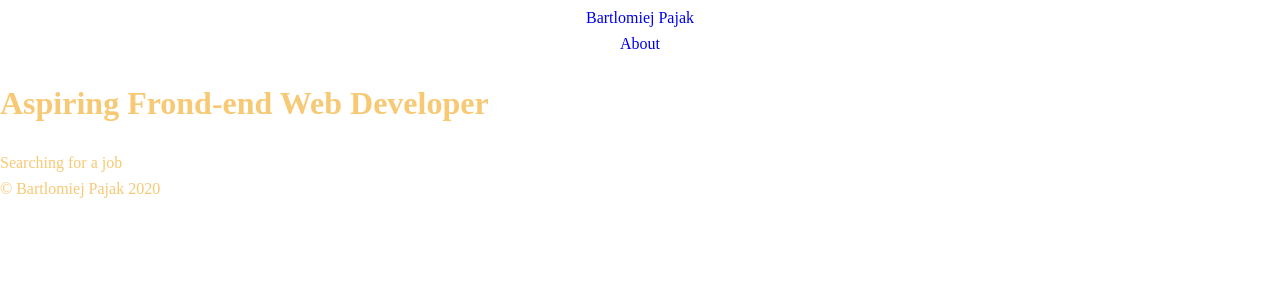
Repository: spidero7/personal-site
Page: index.html
These files come from the project's save history. The page is drawn as it stood at one moment and after the next save; the edit follows.
The browser window is 1280 px wide. The pictures show the whole page.
Some web fonts or font styles are not loaded; a fallback is used.

Above is the page before, as saved 2020-04-15 22:08:25.

After the next save:
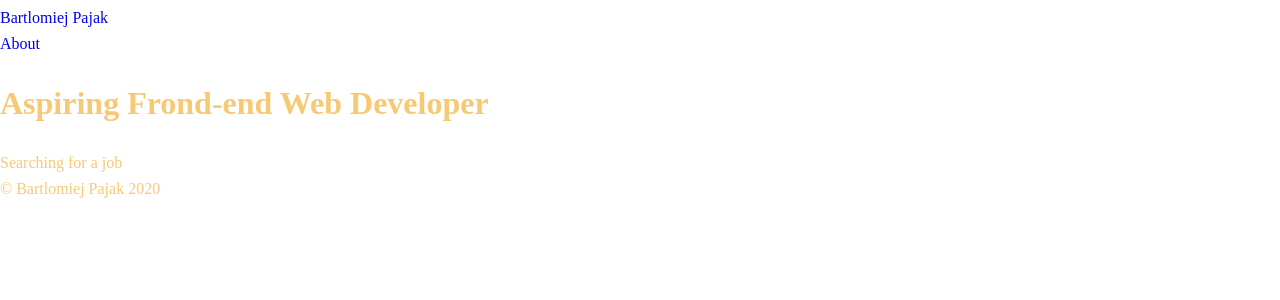
Saved 8 s later.
--- a/css/style.css
+++ b/css/style.css
@@ -33,6 +33,6 @@
     margin-top: 5px;
 }
 
-.main-nav {
+.main-nav a {
     text-align: center;
 }

After the 3 saves that followed:
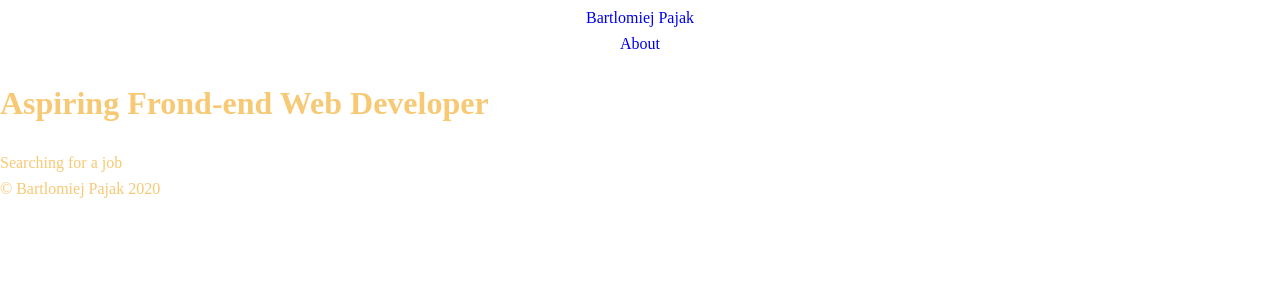
The 3 saves are shown as one change because they came seconds apart.
The last was saved 26 s later.
--- a/css/style.css
+++ b/css/style.css
@@ -35,4 +35,5 @@
 
 .main-nav a {
     text-align: center;
+    display: block;
 }
